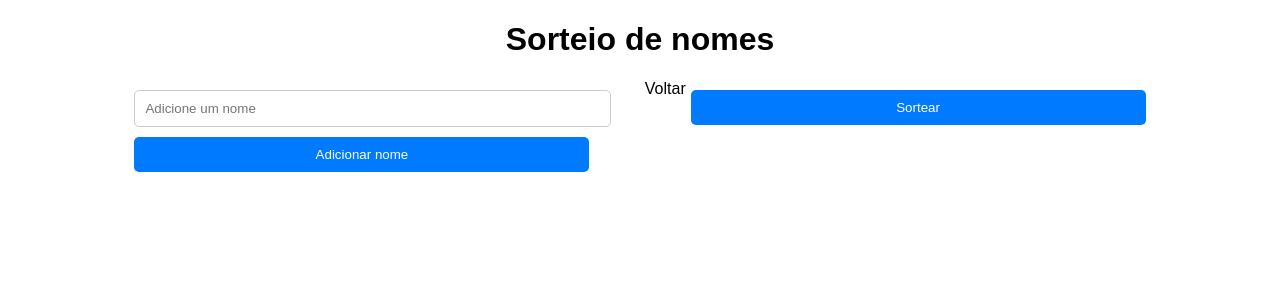
Repository: Matheus904-12/sorte
Page: sorteio-nomes.html
These files come from the project's save history. The page is drawn as it stood at one moment and after a run of saves; the edit follows.
The browser window is 1280 px wide. The pictures show the whole page.

Above is the page before, as saved 2023-09-10 19:31:23.

After the next 2 saves:
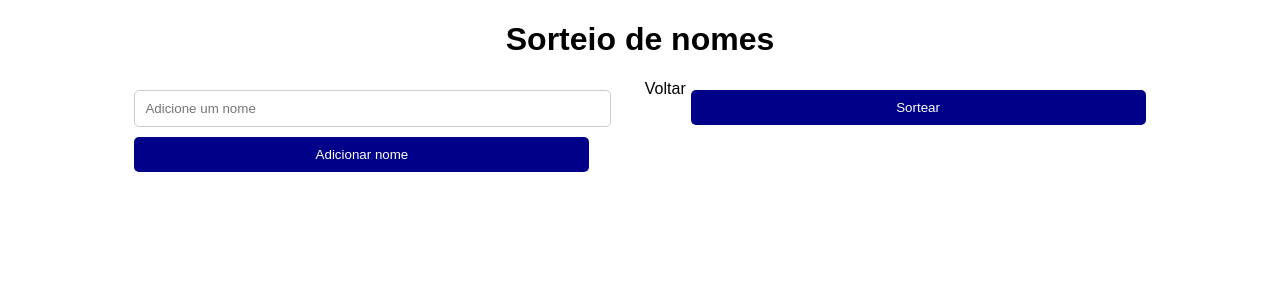
The 2 saves are shown as one change because they came seconds apart.
The last was saved 46 s later.
--- a/sorteio-nomes.html
+++ b/sorteio-nomes.html
@@ -28,7 +28,7 @@
     }
 
     button {
-      background-color: #007bff;
+      background-color: #008;
       color: #fff;
       border: none;
       cursor: pointer;
